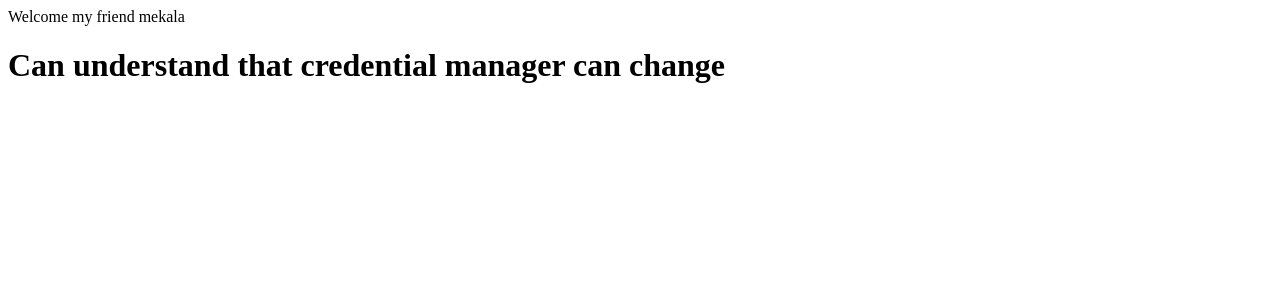
Repository: s68rao2000/githubemc2
Page: index.html
An editor plug-in stored every save of this project. The page is shown before and after the next save, followed by the edit.
The browser window is 1280 px wide. The pictures show the whole page.

Above is the page before, as saved 2023-09-08 23:03:23.

### index.html
<h>Welcome my friend mekala</h>
<h1> Can understand that credential manager can change </h1>

After the next save:
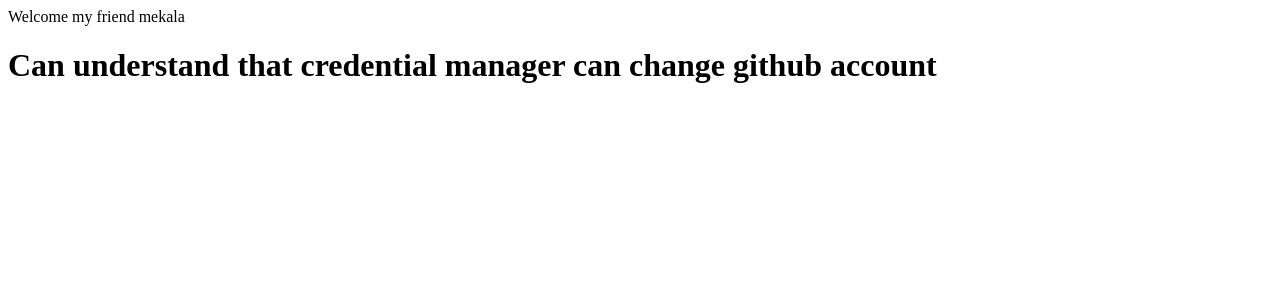
Saved 6 s later.
--- a/index.html
+++ b/index.html
@@ -1,2 +1,2 @@
 <h>Welcome my friend mekala</h>
-<h1> Can understand that credential manager can change </h1>
+<h1> Can understand that credential manager can change github account</h1>
